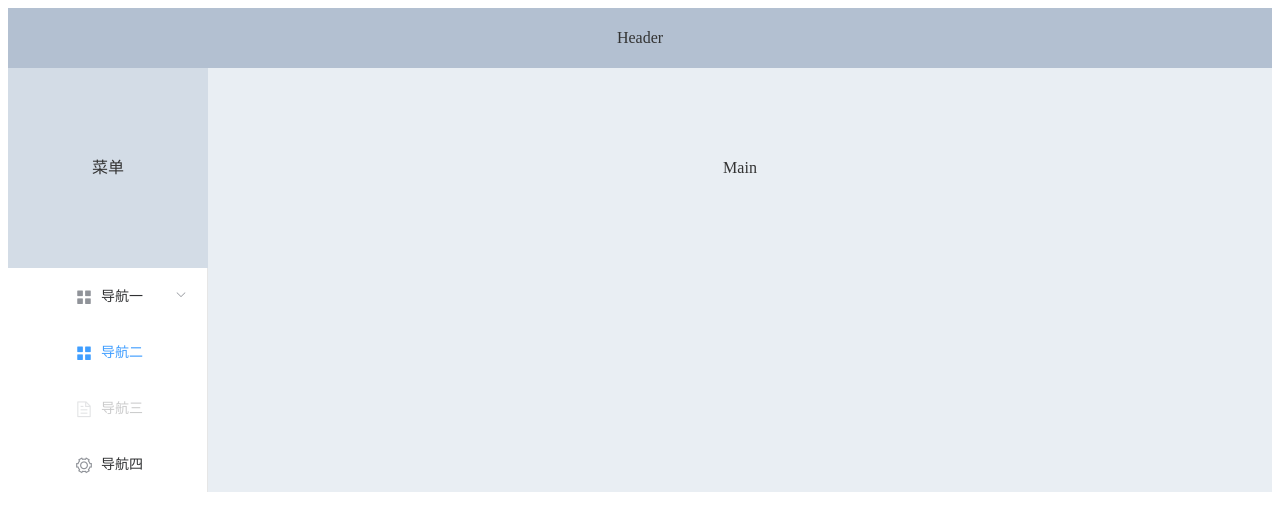
Repository: 960519152/elementui-demo-byf
Page: /
These files come from the project's save history. The page is drawn as it stood at one moment and after the next save; the edit follows.
The browser window is 1280 px wide. The pictures show the whole page.
The project was rebuilt for these pictures with package versions that can differ from the ones it lists, and the page was loaded fresh each time.

Above is the page before, as saved 2019-05-13 16:08:05.

### index.html
<!DOCTYPE html>
<html>
  <head>
    <meta charset="utf-8">
    <meta name="viewport" content="width=device-width,initial-scale=1.0">
    <title>vue-examine-backend</title>
  </head>
  <body>
    <div id="app"></div>
    <!-- built files will be auto injected -->
  </body>
</html>

### src/main.js
// The Vue build version to load with the `import` command
// (runtime-only or standalone) has been set in webpack.base.conf with an alias.
import Vue from 'vue'
import App from './App'
import router from './router' //路由
import ElementUI from 'element-ui'; //饿了么UI
import 'element-ui/lib/theme-chalk/index.css';  //饿了么UI

Vue.config.productionTip = false
Vue.use(ElementUI); //饿了么UI



/* eslint-disable no-new */
new Vue({
  el: '#app',
  router,
  components: { App },
  template: '<App/>'
})

### src/App.vue
<template>
  <div id="app">
    <el-container>
      <el-header>Header</el-header>
      <el-container>
        <el-aside width="200px">
          <el-row class="tac">
            <el-col :span="24">
             <div>菜单</div>
              <el-menu default-active="2" class="el-menu-vertical-demo" @open="handleOpen" @close="handleClose">
                <el-submenu index="1">
                  <template slot="title">
                    <i class="el-icon-menu"></i>
                    <span>导航一</span>
                  </template>
                    <el-menu-item index="1-3">选项3</el-menu-item>
                </el-submenu>
                <el-menu-item index="2">
                  <i class="el-icon-menu"></i>
                  <span slot="title">导航二</span>
                </el-menu-item>
                <el-menu-item index="3" disabled>
                  <i class="el-icon-document"></i>
                  <span slot="title">导航三</span>
                </el-menu-item>
                <el-menu-item index="4">
                  <i class="el-icon-setting"></i>
                  <span slot="title">导航四</span>
                </el-menu-item>
              </el-menu>
            </el-col>
          </el-row>

        </el-aside>
        <el-main>Main</el-main>
      </el-container>
    </el-container>
    <router-view></router-view>
  </div>
</template>

<script>
  export default {
    name: 'App',
    methods: {
      handleOpen(key, keyPath) {
        console.log(key, keyPath);
      },
      handleClose(key, keyPath) {
        console.log(key, keyPath);
      }
    }
  }

</script>

<style>
  .el-header,
  .el-footer {
    background-color: #B3C0D1;
    color: #333;
    text-align: center;
    line-height: 60px;
  }

  .el-aside {
    background-color: #D3DCE6;
    color: #333;
    text-align: center;
    line-height: 200px;
  }

  .el-main {
    background-color: #E9EEF3;
    color: #333;
    text-align: center;
    line-height: 160px;
  }

  body>.el-container {
    margin-bottom: 40px;
  }

  .el-container:nth-child(5) .el-aside,
  .el-container:nth-child(6) .el-aside {
    line-height: 260px;
  }

  .el-container:nth-child(7) .el-aside {
    line-height: 320px;
  }

</style>

### src/components/HelloWorld.vue
<template>
  <div class="hello">

  </div>
</template>

<script>
export default {
  name: 'HelloWorld',
  data () {
    return {
      msg: 'Welcome to Your Vue.js App'
    }
  }
}
</script>

<!-- Add "scoped" attribute to limit CSS to this component only -->
<style scoped>

</style>

Loaded but not shown: src/router/index.js (common file)

After the next save:
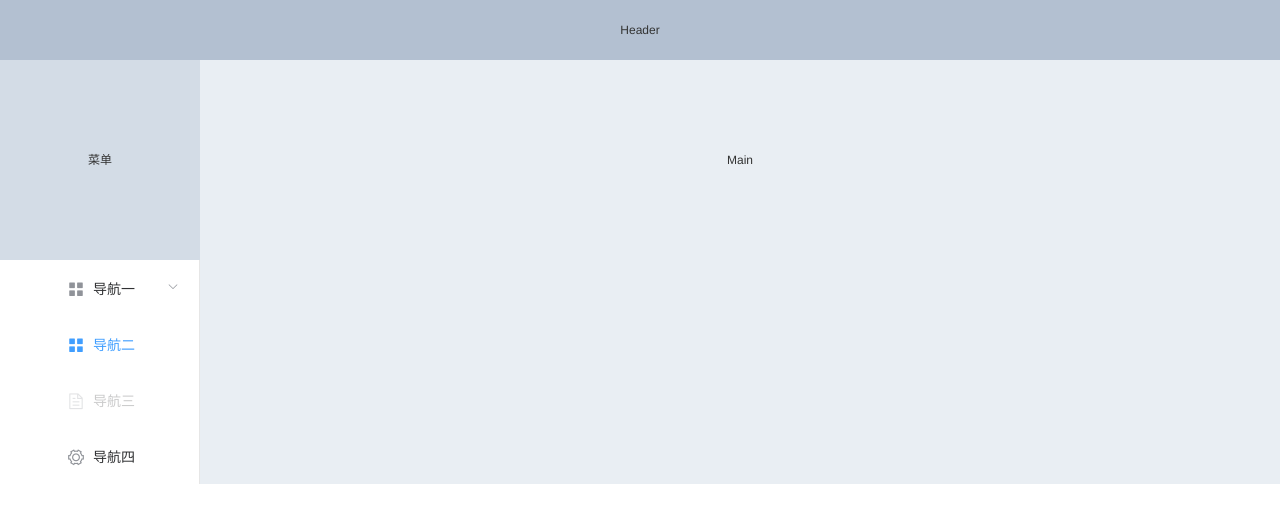
Saved 3 min 50 s later.
--- a/src/App.vue
+++ b/src/App.vue
@@ -6,14 +6,14 @@
         <el-aside width="200px">
           <el-row class="tac">
             <el-col :span="24">
-             <div>菜单</div>
+              <div>菜单</div>
               <el-menu default-active="2" class="el-menu-vertical-demo" @open="handleOpen" @close="handleClose">
                 <el-submenu index="1">
                   <template slot="title">
                     <i class="el-icon-menu"></i>
                     <span>导航一</span>
                   </template>
-                    <el-menu-item index="1-3">选项3</el-menu-item>
+                  <el-menu-item index="1-3">选项3</el-menu-item>
                 </el-submenu>
                 <el-menu-item index="2">
                   <i class="el-icon-menu"></i>
@@ -55,6 +55,21 @@
 </script>
 
 <style>
+  body {
+    height: 100%;
+    width: 100%;
+    margin: 0;
+    padding: 0;
+    font-size: 12px;
+    font-family: 'Franklin Gothic Medium', 'Arial Narrow', Arial, sans-serif;
+  }
+
+  #app {
+    position: absolute;
+    width: 100%;
+    height: 100%;
+  }
+
   .el-header,
   .el-footer {
     background-color: #B3C0D1;
